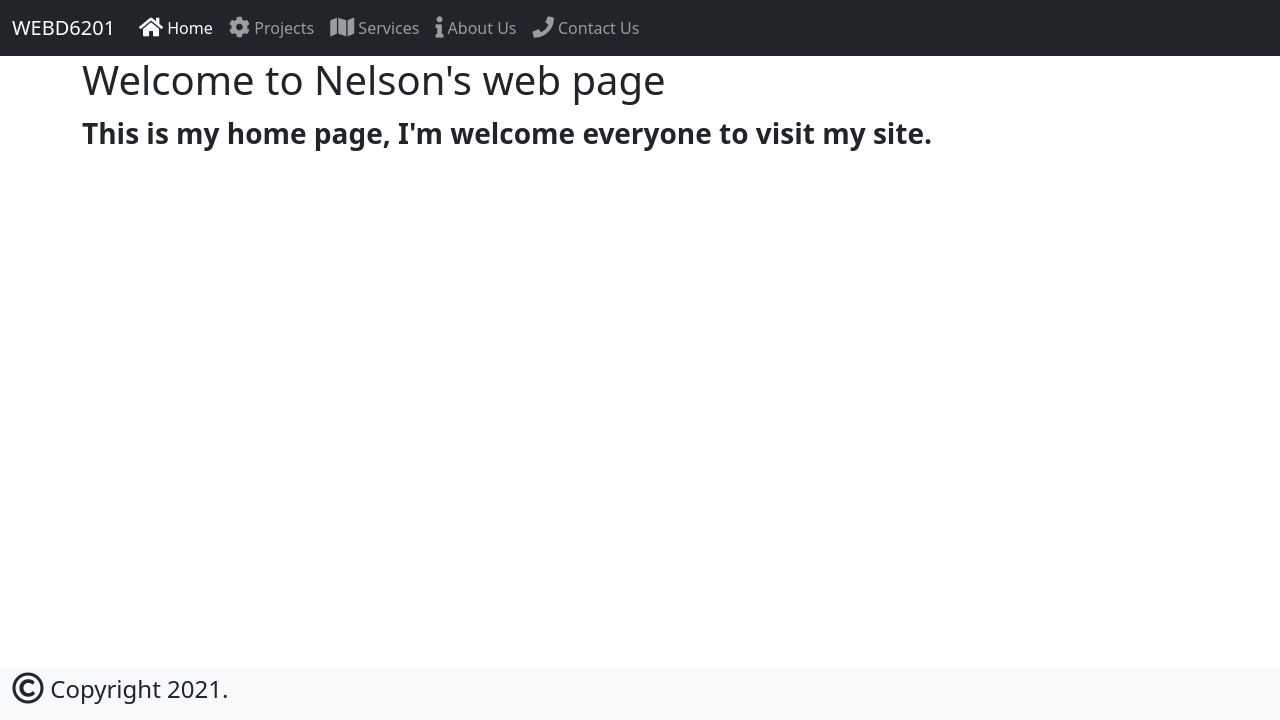
Repository: YiuWingLau/WEBD6201-W2021-Lab1
Page: index.html
The author's editor kept a copy of each file at every save. The page is drawn from the files as they stood at one save, then again after the next save.
The browser window is 1280 px wide. The pictures show the whole page.

Above is the page before, as saved 2021-02-04 00:26:05.

After the next save:
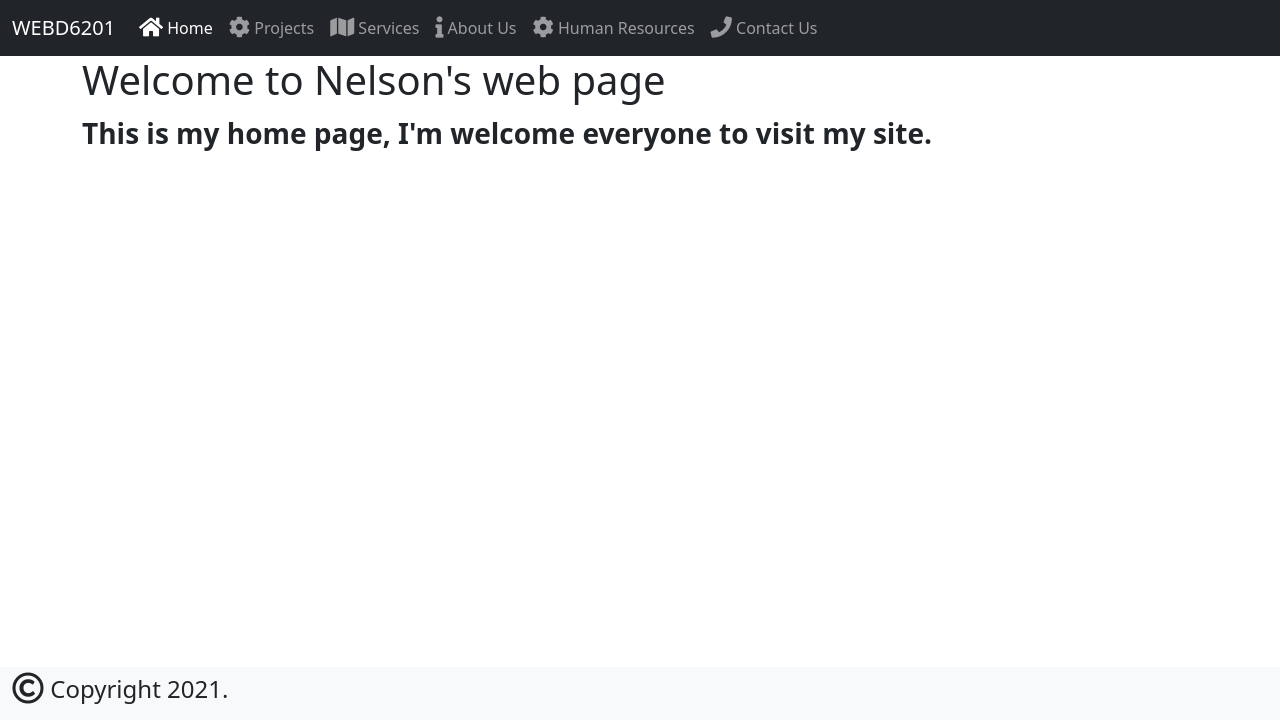
Saved 10 min 59 s later.
--- a/Scripts/app.js
+++ b/Scripts/app.js
@@ -196,15 +196,13 @@
 
     function addNewNavBarElement()
     {
-        let newElementList = document.createElement("li");
-        newElementList.setAttribute("id", "navBarHumanResources");
-        newElementList.setAttribute("class", "nav-item");
-        newElementList.innerHTML = `<a class='nav-link' aria-current='page' href='Human-Resources.html'><i class="fas fa-cog fa-lg"></i> Human Resources</a>`;
-
-        newElementList
-        let paragraphThree = `<p id="paragraphThree" class="fs-7 fw-bold">And this is the Third Paragraph</p>`;
-        paragraphDiv.innerHTML = paragraphThree;
-        newParagraph.after(paragraphDiv);
+        let newListElement = document.createElement("li");
+        newListElement.setAttribute("id", "navBarHumanResources");
+        newListElement.setAttribute("class", "nav-item");
+        newListElement.innerHTML = `<a class='nav-link' aria-current='page' href='Human-Resources.html'><i class="fas fa-cog fa-lg"></i> Human Resources</a>`;
+
+        let aboutUsListElement = document.getElementById("navBarAbout");
+        aboutUsListElement.after(newListElement);
     }
 
     function Start()
@@ -212,6 +210,8 @@
         console.log("App Started...");
 
         changeNavBarName();
+
+        addNewNavBarElement();
 
         //<a id="navbarSupportedContent">Projects</a>
         //let navBarElement = getElementById("navbarSupportedContent");
